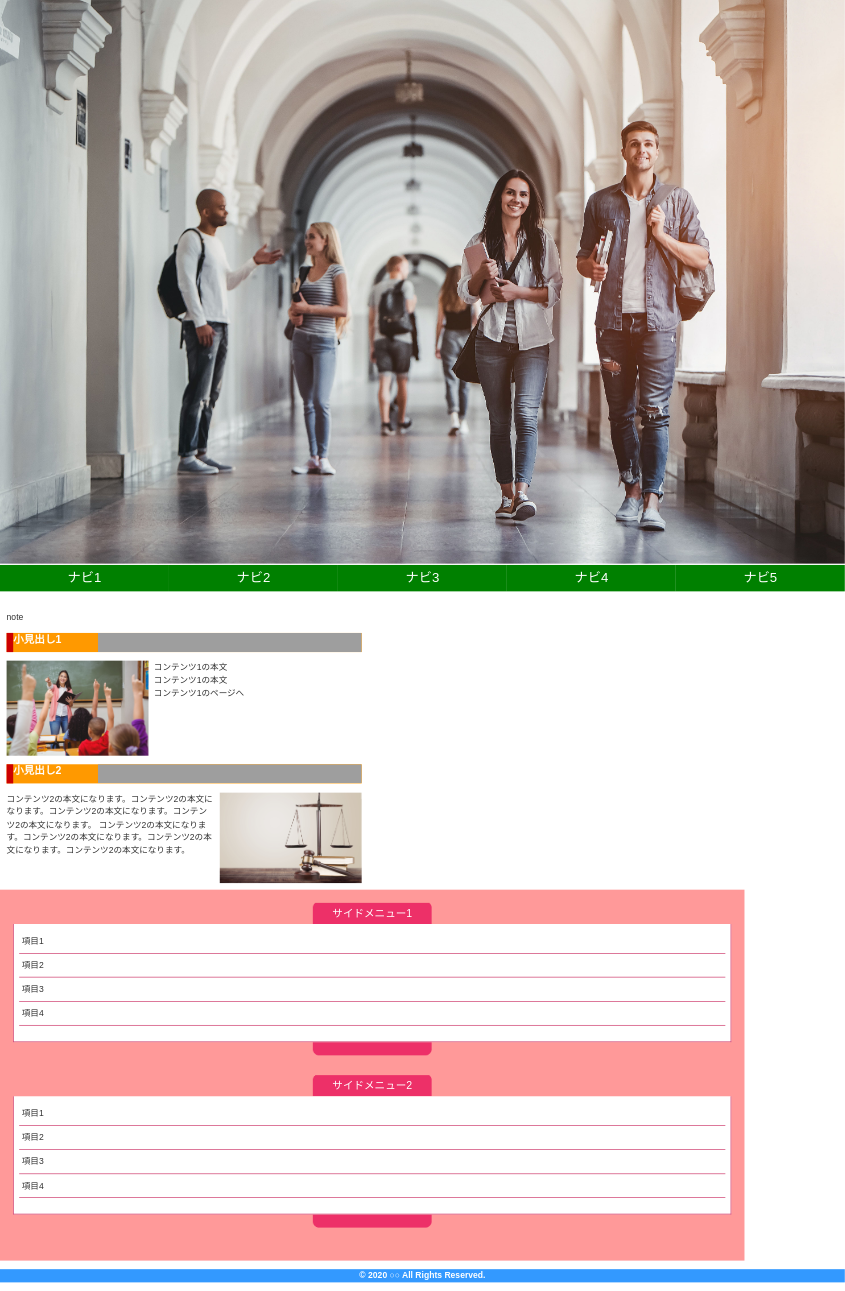
Repository: gotcha430/samurai_HTML-CSS
Page: Sec4real/home.html
The author's editor kept a record of every edit. The page is drawn from the files as they stood at one moment, then again after the next edit.
The browser window is 1280 px wide. The pictures show the whole page, at 66% of full size.
Pictures or frames that could not be fetched are drawn as grey boxes.

Above is the page before.

After the next edit:
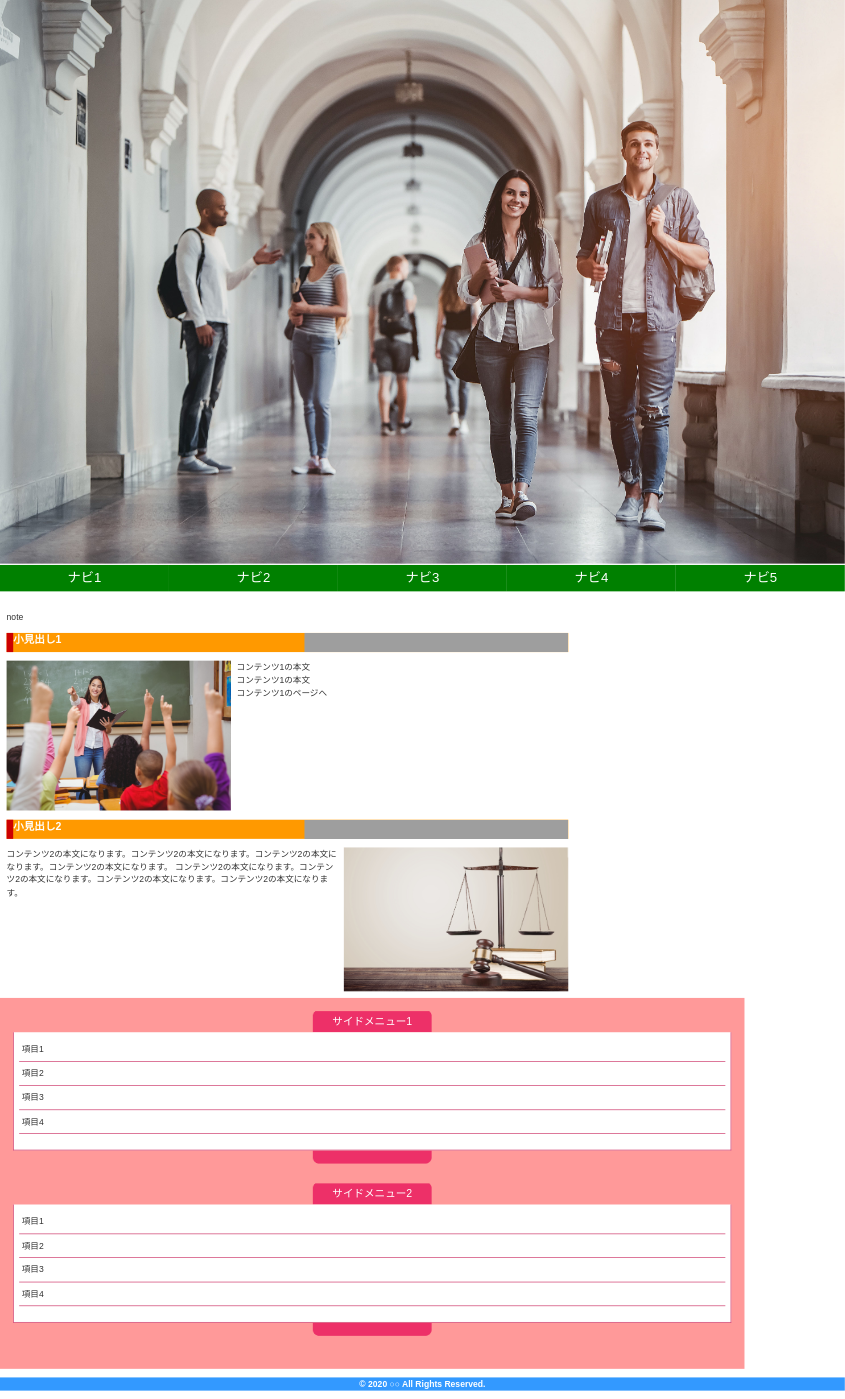
The edit:
--- a/Sec4real/stylesheet.css
+++ b/Sec4real/stylesheet.css
@@ -79,8 +79,9 @@
 	grid-template-columns:70vw 30vw;
 }
 #main{
-	float:left;
-	width:60%;
+	width:95%;
+	/*float:left;*/
+	/*width:60%;*/
 	padding:10px 30px 10px 10px;
 }
 #main h2{
